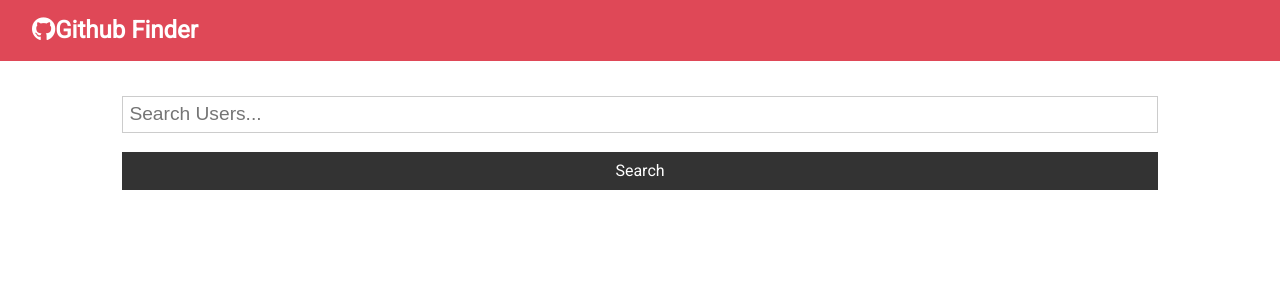
Repository: sowmyasri9/GithubFinder
Page: /
An editor plug-in stored every save of this project. The page is shown before and after the next save, followed by the edit.
The browser window is 1280 px wide. The pictures show the whole page.
Some web libraries are served in a nearby version. The project was rebuilt for these pictures with package versions that can differ from the ones it lists, and the page was loaded fresh each time. Also part of the build but not shown: src/components/users/UserItem.js, src/components/layout/Alert.js, src/components/pages/About.js. Imported but missing from the stored project, and not drawn on this page: src/components/layout/Spinner.

Above is the page before, as saved 2020-03-30 18:20:22.

### src/App.js
import React, { Fragment, Component } from 'react';
import { BrowserRouter as Router, Switch, Route } from 'react-router-dom';
import Navbar from './components/layout/Navbar';
import Users from './components/users/Users';
import Search from './components/users/Search';
import Alert from './components/layout/Alert';
import About from './components/pages/About';
import axios from 'axios';
import './App.css';

class App extends Component {
  state = {
    users: [],
    loading: false,
    alert: null
  };

  // async componentDidMount() {
  //   this.setState({ loading: true });
  //   const res = await axios.get(
  //     `https://api.github.com/users?client_id=${process.env.REACT_APP_GITHUB_CLIENT_ID}&client_secret=${process.env.REACT_APP_GITHUB_CLIENT_ID}`
  //   );
  //   this.setState({ users: res.data, loading: false });
  // }

  //Search Github users
  searchUsers = async text => {
    this.setState({ loading: true });
    const res = await axios.get(
      `https://api.github.com/search/users?q=${text}&client_id=${process.env.REACT_APP_GITHUB_CLIENT_ID}&client_secret=${process.env.REACT_APP_GITHUB_CLIENT_ID}`
    );
    this.setState({ users: res.data.items, loading: false });
  };

  //Clear Github Users
  clearUsers = () => this.setState({ users: [], loading: false });

  //set alert
  setAlert = (msg, type) => {
    this.setState({ alert: { msg, type } });

    setTimeout(() => this.setState({ alert: null }), 5000);
  };

  render() {
    return (
      <Router>
        <div className='App'>
          <Navbar />
          <div className='container'>
            <Alert alert={this.state.alert} />
            <Switch>
              <Route
                exact
                path='/'
                render={props => (
                  <Fragment>
                    <Search
                      searchUsers={this.searchUsers}
                      clearUsers={this.clearUsers}
                      showClear={this.state.users.length > 0 ? true : false}
                      setAlert={this.setAlert}
                    />
                    <Users
                      loading={this.state.loading}
                      users={this.state.users}
                    />
                  </Fragment>
                )}
              />

              <Route exact path='/about' component={About} />
            </Switch>
          </div>
        </div>
      </Router>
    );
  }
}

export default App;

### src/components/layout/Navbar.js
import React from 'react';
import PropTypes from 'prop-types';

const Navbar = ({ icon, title }) => {
  return (
    <nav className='navbar bg-primary'>
      <h1>
        <i className={icon} />
        {title}
      </h1>
    </nav>
  );
};

Navbar.defaultProps = {
  title: 'Github Finder',
  icon: 'fab fa-github'
};

Navbar.propTypes = {
  title: PropTypes.string.isRequired,
  icon: PropTypes.string.isRequired
};
export default Navbar;

### src/components/users/Users.js
import React from 'react';
import UserItem from './UserItem';
import Spinner from '../layout/Spinner';
import PropTypes from 'prop-types';

const Users = ({ users, loading }) => {
  if (loading) {
    return <Spinner />;
  } else {
    return (
      <div style={userStyle}>
        {users.map(user => (
          <UserItem key={user.id} user={user} />
        ))}
      </div>
    );
  }
};
const userStyle = {
  display: 'grid',
  gridTemplateColumns: 'repeat(3,1fr)',
  gridGap: '1rem'
};

Users.propTypes = {
  users: PropTypes.array.isRequired,
  loading: PropTypes.bool.isRequired
};

export default Users;

### src/components/users/Search.js
import React, { Component } from 'react';
import PropTypes from 'prop-types';

class Search extends Component {
  state = {
    text: ''
  };

  static propTypes = {
    searchUsers: PropTypes.func.isRequired,
    clearUsers: PropTypes.func.isRequired,
    showClear: PropTypes.bool.isRequired,
    setAlert: PropTypes.func.isRequired
  };

  onChange = e => this.setState({ [e.target.name]: e.target.value });

  onSubmit = e => {
    e.preventDefault();

    if (this.state.text === '') {
      this.props.setAlert('please enter something', 'light');
    } else {
      this.props.searchUsers(this.state.text);
      this.setState({ text: '' });
    }
    // console.log(this.state.text);
  };

  render() {
    const { showClear, clearUsers } = this.props;

    return (
      <div>
        <form onSubmit={this.onSubmit} className='form'>
          <input
            type='text'
            name='text'
            placeholder='Search Users...'
            value={this.state.text}
            onChange={this.onChange}
          />
          <input
            type='submit'
            value='Search'
            className='btn btn-dark btn-block'
          />
        </form>
        {showClear && (
          <button className='btn btn-light btn-block' onClick={clearUsers}>
            Clear
          </button>
        )}
      </div>
    );
  }
}

export default Search;

Loaded but not shown: public/index.html (common file); src/index.js (common file); src/App.css (common file)

After the next save:
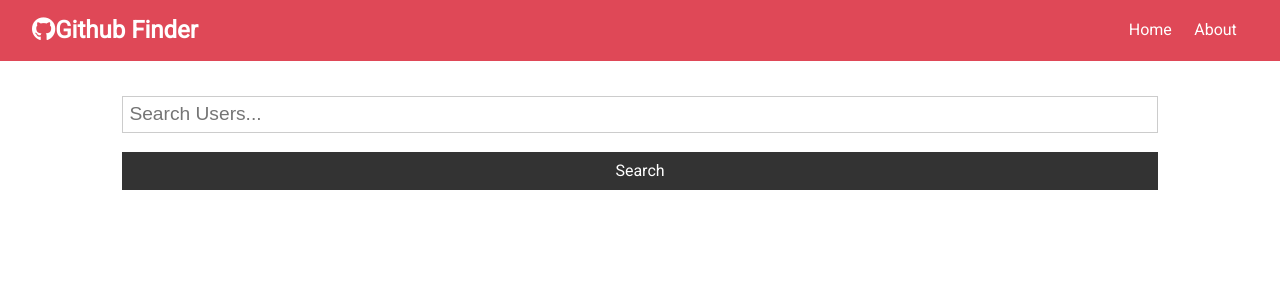
Saved 4 min 48 s later.
--- a/src/components/layout/Navbar.js
+++ b/src/components/layout/Navbar.js
@@ -8,6 +8,15 @@ const Navbar = ({ icon, title }) => {
         <i className={icon} />
         {title}
       </h1>
+
+      <ul>
+        <li>
+          <a href='/'>Home</a>
+        </li>
+        <li>
+          <a href='/about'>About</a>
+        </li>
+      </ul>
     </nav>
   );
 };
